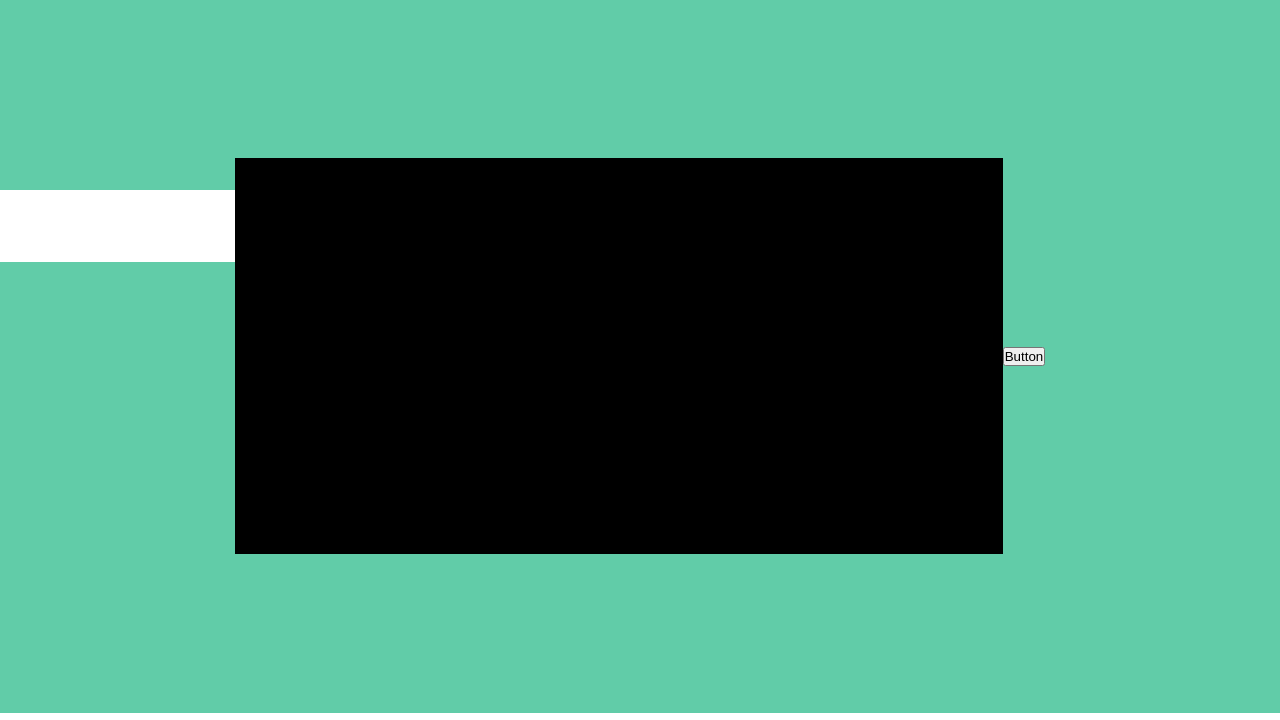
Repository: gitveerak/git-message-chat
Page: demo/demo1.html
These files come from the project's save history. The page is drawn as it stood at one moment and after the next save; the edit follows.
The browser window is 1280 px wide. The pictures show the whole page.

Above is the page before, as saved 2025-04-20 18:09:15.

### demo/demo1.html
<!DOCTYPE html>
<html lang="en">
<head>
    <meta charset="UTF-8">
    <meta name="viewport" content="width=device-width, initial-scale=1.0">
    <title>Demo Page</title>
    <style>
        *{
            padding: 0;
            margin: 0;
            box-sizing: border-box;
        }
        .wrap{
            height: 99vh;
            width: 100vw;
            background-color: rgb(97, 204, 168);
            display: flex;
            justify-content: center;
            align-items: center;
        }
        .wrap_inner{
            background-color: black;
            width: 60vw;
            height: 55vh;
            position: relative;
        }
        .icon_bar{
            position: absolute;
            top: 2em;
            left: -50%;
            transform: translateX(50%);
            width: 20vw;
            height: 10vh;
            background-color: white;
        }
    </style>
</head>
<body>
    <div class="wrap">
        <div class="wrap_inner">
            <div class="icon_bar">
                <img class="img_icon" src="home.png" alt="home_png">
            </div>
        </div>
        <button type="button" onclick="btn()">Button</button>
    </div>
    <script>
        // const icon = document.querySelector('.icon');
        // function btn() {
        //     icon.style.display='block';
        //     setTimeout(() => {
        //     icon.style.display='none';
        //     }, 6000);
        // }
    </script>
</body>
</html>

After the next save:
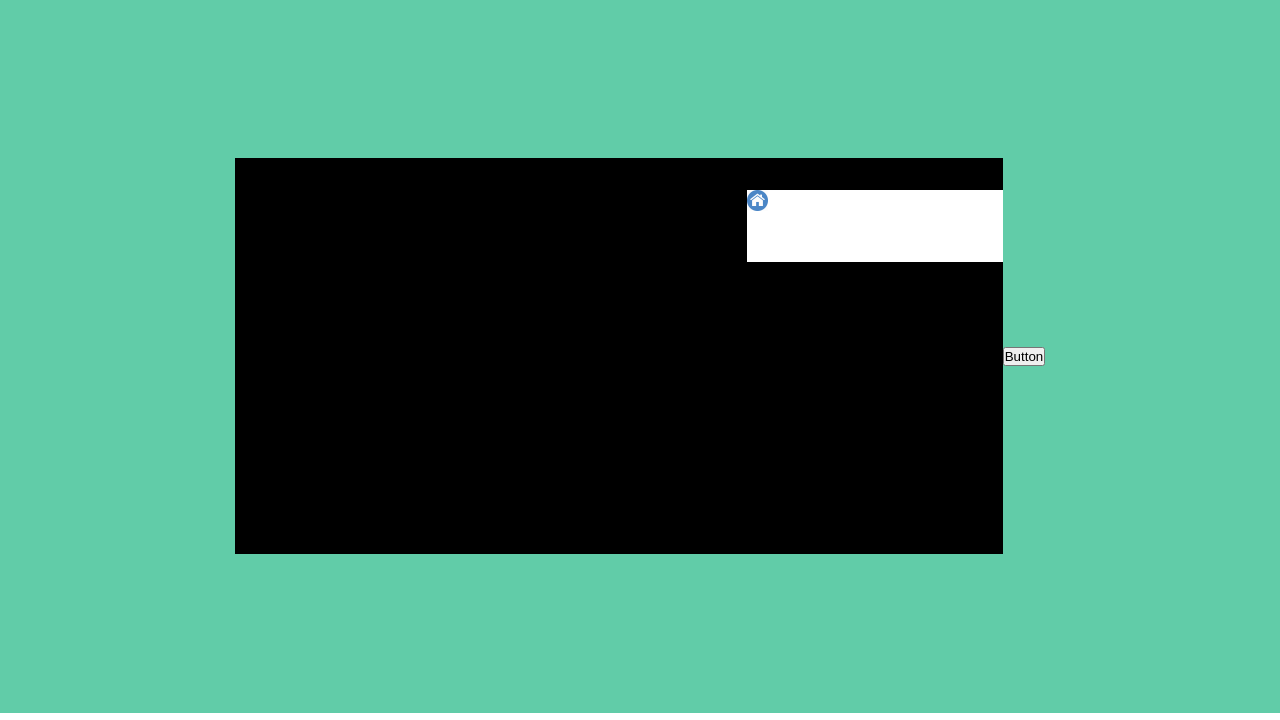
Saved 7 s later.
--- a/demo/demo1.html
+++ b/demo/demo1.html
@@ -27,7 +27,7 @@
         .icon_bar{
             position: absolute;
             top: 2em;
-            left: -50%;
+            left: 50%;
             transform: translateX(50%);
             width: 20vw;
             height: 10vh;
